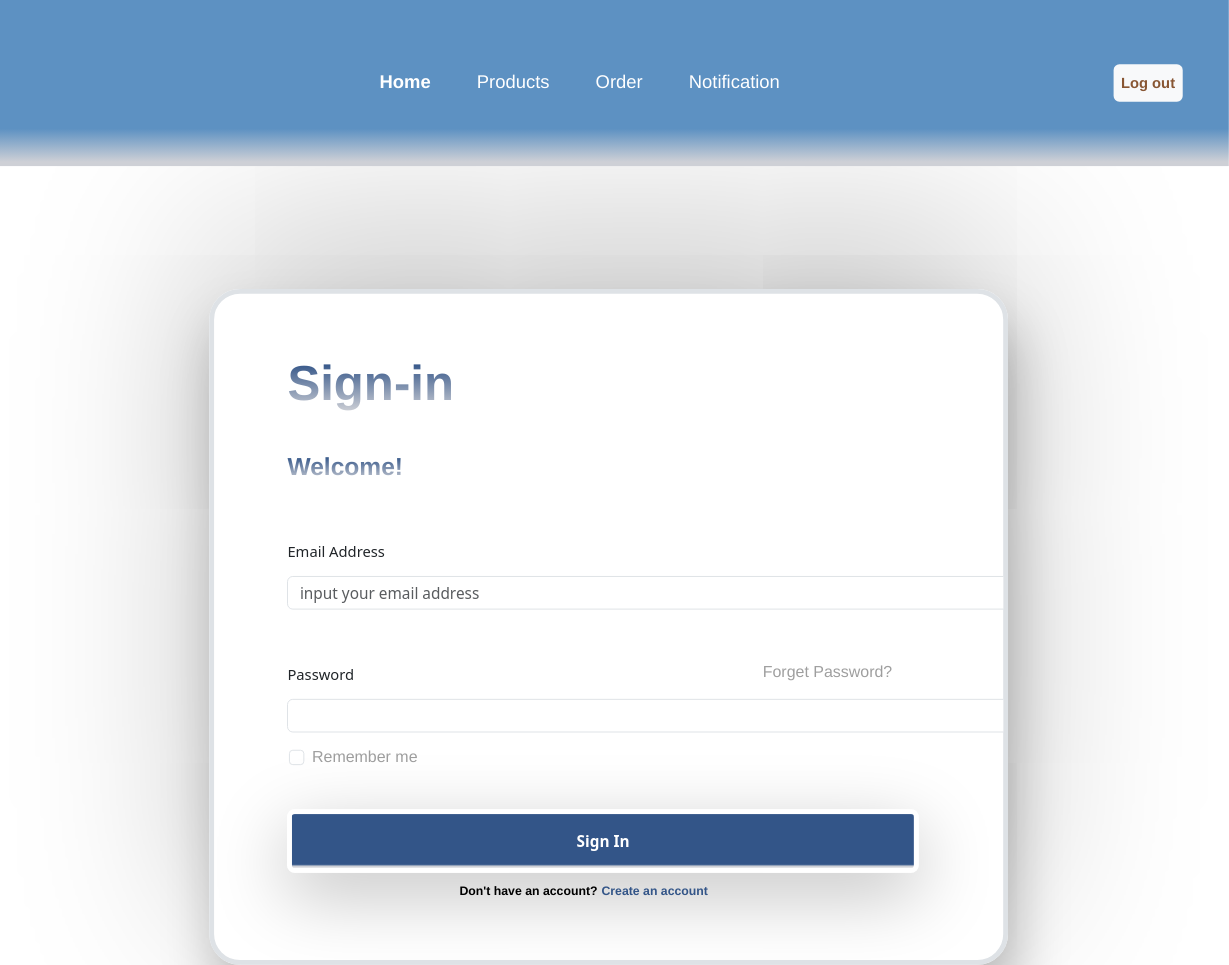
Repository: OVictor21/inventory
Page: /
An editor plug-in stored every save of this project. The page is shown before and after the next save, followed by the edit.
The browser window is 1280 px wide. The pictures show the whole page, at 96% of full size.
The project was rebuilt for these pictures with package versions that can differ from the ones it lists, and the page was loaded fresh each time.

Above is the page before, as saved 2024-12-14 04:13:18.

After the next save:
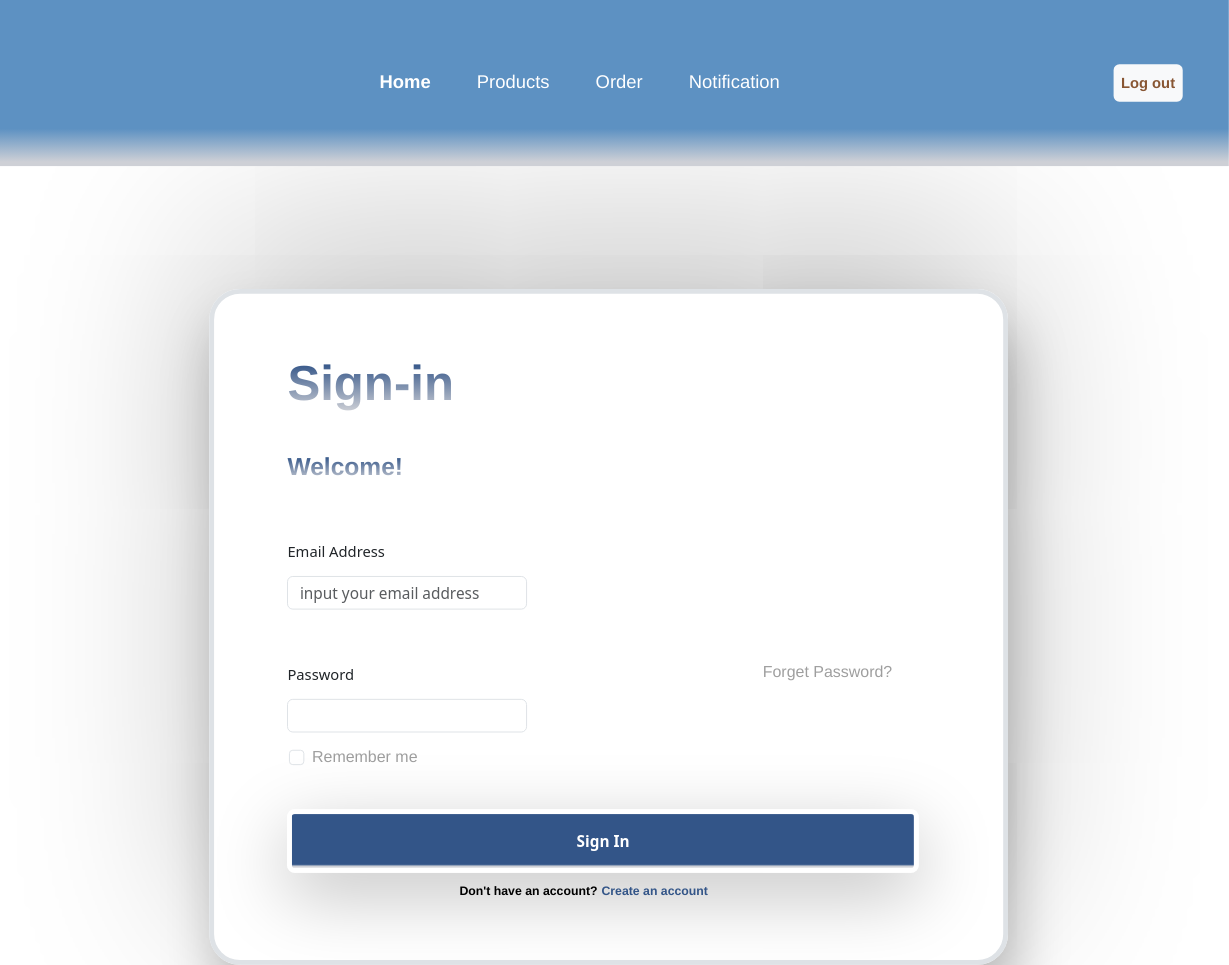
Saved 58 s later.
--- a/src/index.css
+++ b/src/index.css
@@ -109,8 +109,9 @@ nav {
   left: 6vw;
 }
 .email-in, .pass-in {
-  width: 80%;  /* Example with percentage width */
-  box-sizing: border-box;  /* Include padding and border in width */
+  width: 50%; /* Reduces width to 50% of the parent */
+  max-width: 250px; /* You can also set a max-width in pixels */
+  box-sizing: border-box;
 }
 .pass-in{
   top: 33vw;
